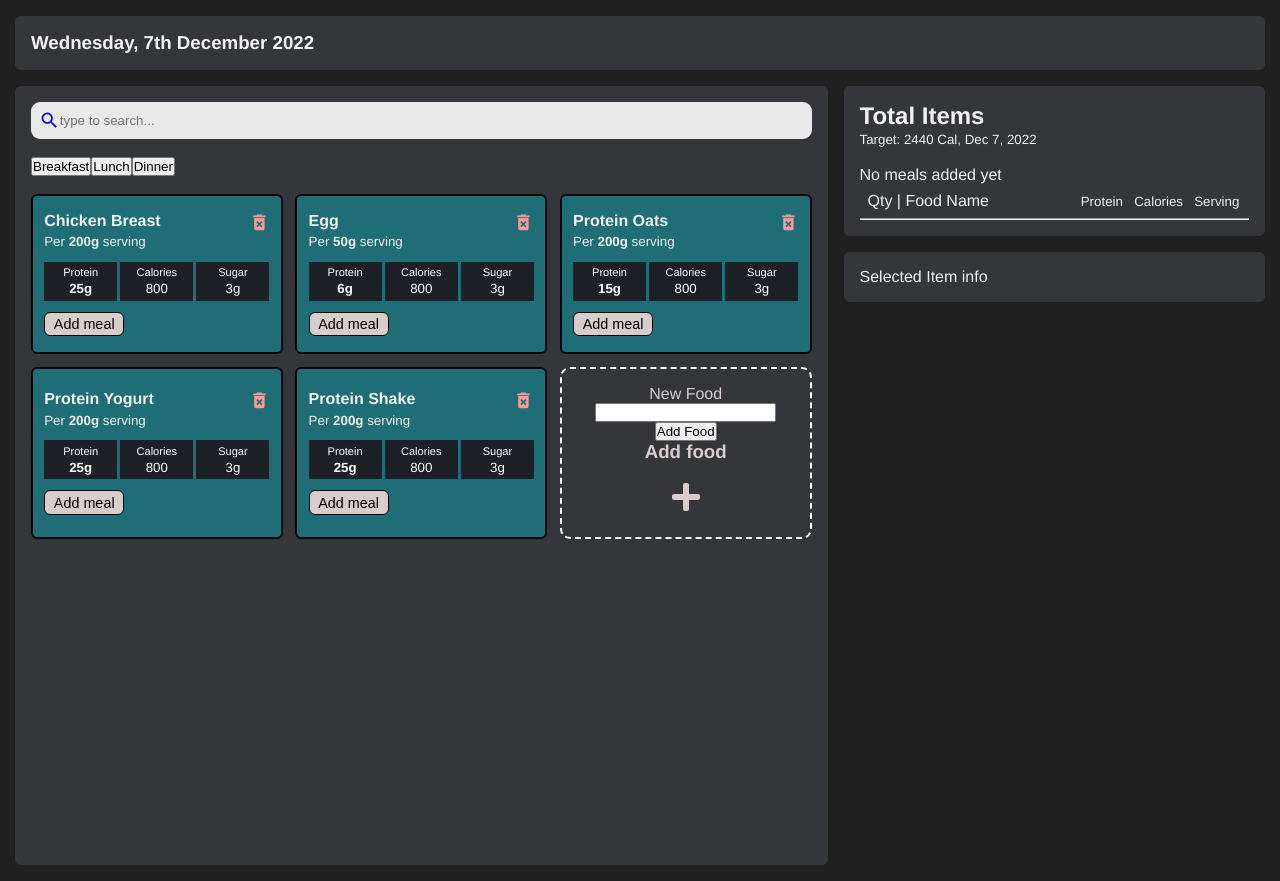
Repository: CEEPREL/NutritionTracker
Page: /
An editor plug-in stored every save of this project. The page is shown before and after the next save, followed by the edit.
The browser window is 1280 px wide. The pictures show the whole page.
The project was rebuilt for these pictures with package versions that can differ from the ones it lists, and the page was loaded fresh each time. Also part of the build but not shown: vite.config.js, src/components/Header.js.

Above is the page before, as saved 2022-12-15 18:55:52.

### public/index.html
<!DOCTYPE html>
<html lang="en">

<head>
  <meta charset="utf-8" />
  <link rel="icon" href="%PUBLIC_URL%/favicon.ico" />
  <meta name="viewport" content="width=device-width, initial-scale=1" />
  <meta name="theme-color" content="#000000" />
  <meta name="description" content="Web site created using create-react-app" />
  <link rel="apple-touch-icon" href="%PUBLIC_URL%/logo192.png" />
  <!--
      manifest.json provides metadata used when your web app is installed on a
      user's mobile device or desktop. See https://developers.google.com/web/fundamentals/web-app-manifest/
    -->
  <link rel="manifest" href="%PUBLIC_URL%/manifest.json" />
  <!--
      Notice the use of %PUBLIC_URL% in the tags above.
      It will be replaced with the URL of the `public` folder during the build.
      Only files inside the `public` folder can be referenced from the HTML.

      Unlike "/favicon.ico" or "favicon.ico", "%PUBLIC_URL%/favicon.ico" will
      work correctly both with client-side routing and a non-root public URL.
      Learn how to configure a non-root public URL by running `npm run build`.
    -->
  <title>React App</title>
  <!-- CSS only
  <link href="https://cdn.jsdelivr.net/npm/bootstrap@5.2.3/dist/css/bootstrap.min.css" rel="stylesheet"
    integrity="sha384-rbsA2VBKQhggwzxH7pPCaAqO46MgnOM80zW1RWuH61DGLwZJEdK2Kadq2F9CUG65" crossorigin="anonymous"> -->

</head>

<body>
  <noscript>You need to enable JavaScript to run this app.</noscript>
  <div id="root"></div>

  <!-- JavaScript Bundle with Popper -->
  <!-- <script src="https://cdn.jsdelivr.net/npm/bootstrap@5.2.3/dist/js/bootstrap.bundle.min.js"
    integrity="sha384-kenU1KFdBIe4zVF0s0G1M5b4hcpxyD9F7jL+jjXkk+Q2h455rYXK/7HAuoJl+0I4"
    crossorigin="anonymous"></script> -->

</body>

</html>

### src/App.js
/* eslint-disable jsx-a11y/img-redundant-alt */
import React, { useState, useEffect } from 'react';
import './App.css';
import './styles/searchFood.css';
import data from './data';
import CalculateNutrients from './components/CalculateNutrients';
import FoodList from './components/FoodList';
import Header from './components/Header';
import { nanoid } from 'nanoid';

function App() {
  const [foods, setFoods] = useState([
    {
      name: "Chicken Breast",
      size: "200g",
      protein: "25g",
      category: "lunch"
    }, {
      name: "Egg",
      size: "50g",
      protein: "6g",
      category: "breakfast"
    }, {
      name: "Protein Oats",
      size: "200g",
      protein: "15g",
      category: "breakfast"
    }, {
      name: "Protein Yogurt",
      size: "200g",
      protein: "25g",
      category: "breakfast"
    }, {
      name: "Protein Shake",
      size: "200ml",
      protein: "25g",
      category: "lunch"
    }
  ]);

  const { food_data } = data;
  const [mealItems, setMealItems] = useState([]); //totalNutrients is [] empty array
  const [newFoodItems, setNewFoodItems] = useState(food_data); //totalNutrients is [] empty array

  // Add an item from Food List using add meal btn to right column calculate nutirients tab
  const handleAddFoodItem = (name, serving, protein, calories, sugar,) => { //get a meal and add to mealItems
    console.log("in func")
    const food = {
      id: nanoid(),
      name: name,
      serving: serving,
      protein: protein,
      calories: calories,
      sugar:sugar,
      category: "lunch"
    }
    // food_data.push(food);
    setNewFoodItems([...newFoodItems, food]); //'
    console.log(newFoodItems)
  };
  const handleDeleteFoodItem = (id) => {
    const removeFoodItem = newFoodItems.filter((food) => food.id !== id);
    setNewFoodItems(removeFoodItem);

  }; //}

  // Add an item from Food List using add meal btn to right column calculate nutirients tab
  const onAdd = (meal) => { //get a meal and add to mealItems
    const exists = mealItems.find((x) => x.id === meal.id);

    if (exists) { //increase it by 1 qty
      const newMealItems = mealItems.map((x) =>
        x.id === meal.id ? { ...exists, qty: exists.qty + 1 } : x //if meal in calc is == to meal id else dont change qty
      );
      setMealItems(newMealItems);
      localStorage.setItem('mealItems', JSON.stringify(newMealItems));
      // console.log(mealItems);
    } else {
      const newMealItems = [...mealItems, { ...meal, qty: 1 }];
      setMealItems(newMealItems);
      localStorage.setItem('mealItems', JSON.stringify(newMealItems));
    }
  };

  // Remove an item from mealItems using minus meal btn inside right column calculate nutirients tab
  const onRemove = (meal) => {
    const exists = mealItems.find((x) => x.id === meal.id);

    if (exists.qty === 1) {
      const newMealItems = mealItems.filter((x) => x.id !== meal.id);
      setMealItems(newMealItems);
      localStorage.setItem('mealItems', JSON.stringify(newMealItems));
    } else {
      const newMealItems = mealItems.map((x) =>
        x.id === meal.id ? { ...exists, qty: exists.qty - 1 } : x
      );
      setMealItems(newMealItems);
      localStorage.setItem('mealItems', JSON.stringify(newMealItems));
    }
  };

  useEffect(() => {
    setMealItems(localStorage.getItem('mealItems') ? JSON.parse(localStorage.getItem('mealItems'))
      : []
    );
  }, []);
  // const exists = mealItems.find((x) => x.id === meal.id);
  // if (exists) {
  //   setMealItems(
  //     mealItems.map((x) =>
  //       x.id === meal.id ? { ...exists, qty: exists.qty + 1 } : x
  //     )
  //   );
  // } else {
  //   setMealItems(([...mealItems, { ...meal, qty: 1 }]));
  // }

  return (
    <div className="container">
      {/* <Header countMealItems={mealItems.length} /> */}

      <div className="wrapper-card">
        <h3>Wednesday, 7th December 2022</h3>
      </div>

      <div className="row">

        <div className="col-left">
          <div className="wrapper-card-food-list">
            <FoodList onAdd={onAdd} onRemove={onRemove} mealItems={mealItems} food_data={newFoodItems} handleAddFoodItem={handleAddFoodItem} handleDeleteFoodItem={handleDeleteFoodItem} />
          </div>
        </div>
        <div className="col-right">
          <div className="wrapper-card">
            <CalculateNutrients onAdd={onAdd} onRemove={onRemove} mealItems={mealItems} countMealItems={mealItems.length} />
          </div>

          <div className="wrapper-card">
            Selected Item info
          </div>
        </div>
      </div>
    </div>
  );
}

export default App;

//   const [foods, setFoods] = useState([
  //     {
  //         name: "Chicken Breast",
  //         size: "200g",
  //         protein: "25g",
  //         category: "lunch"
  //     }, {
  //         name: "Egg",
  //         size: "50g",
  //         protein: "6g",
  //         category: "breakfast"
  //     }, {
  //         name: "Protein Oats",
  //         size: "200g",
  //         protein: "15g",
  //         category: "breakfast"
  //     }, {
  //         name: "Protein Yogurt",
  //         size: "200g",
  //         protein: "25g",
  //         category: "breakfast"
  //     }, {
  //         name: "Protein Shake",
  //         size: "200ml",
  //         protein: "25g",
  //         category: "lunch"
  //     }
  //  ]);

### src/App.css
* {
  margin: 0;
  padding: 0;
  box-sizing: border-box;
}

code {
  font-family: source-code-pro, Menlo, Monaco, Consolas, 'Courier New',
    monospace;
}

body {
  font-family: 'Helvetica', BlinkMacSystemFont, 'Segoe UI', 'Roboto', 'Oxygen',
    'Ubuntu', 'Cantarell', 'Fira Sans', 'Droid Sans', 'Helvetica Neue',
    sans-serif;
  -webkit-font-smoothing: antialiased;
  -moz-osx-font-smoothing: grayscale;
  background: #202020;
  color: #F2F2F2;
}

.container {
  max-width: 1500px;
  justify-content: center;
  align-items: center;
  margin-left: auto;
  margin-right: auto;
  margin-top: 1rem;
  padding-right: 15px;
  padding-left: 15px;
  min-height: 100vh;
}

.header {
  padding: 1rem;
  background-color:  #323232;
  display: flex;
  flex-direction: column;
  align-items: center;
  justify-content: center;
  margin-bottom: 1rem;
  border-radius: 6px;
}

.col-left{
  float: left;
  width: 65%;
}

.col-right{
  float: left;
  width: 35%;
  padding-left: 1rem;
}

.mealItems {
  background-color: #35363a;
  border-radius: 6px;
  display: flex;
  flex-direction: column;
}
.wrapper-card {
  background-color: #35363a;
  padding: 1rem;
  border-radius: 6px;
  margin-bottom: 1rem;

}
.wrapper-card-food-list {
  height:48.7rem;
  overflow:scroll;
  overflow-x:hidden;
  background-color: #35363a;
  padding: 1rem;
  border-radius: 6px;
  margin-bottom: 1rem;

}
/* height:800px;
  overflow:scroll;
  overflow-x:hidden; */
.foodList {
  /* display: flex;
  flex-wrap: wrap;
  gap:0.5rem; */

  display: grid;
  grid-gap: 0.8rem;
  grid-template-columns: repeat(auto-fill, minmax(195px, 1fr));

}

.food-card {
  min-height:10rem;
  min-width:11rem;

  border-radius: 6px;
  background-color: #1f6e77;
  border: 2px solid rgb(4, 7, 12);
  padding-top: 0.7rem;
  padding-bottom: 0.7rem;
  padding-left: 0.7rem;
  padding-right: 0.7rem;

  display: flex;
  flex-direction: column;
  align-items: left;
  justify-content: center;
}
.food-card:hover {
  background-color: #2e828c;
}
.food-nutrients {
  /* place nutrient info cards in flex box, last element will expand to fill page */
  display: flex;
  flex-wrap: wrap;
  gap: 0.2rem;
  padding-top: 0.7rem;
  padding-bottom: 0.7rem;
  color:rgb(249, 152, 152);

     /* place nutrient info cards grid */
   /* display: grid;
  grid-template-columns: repeat(auto-fill, minmax(3rem, 1fr));
  gap:0.1rem;
  flex-direction: row; */
}
.food-nutrients p {
  display: flex;
  flex-direction: column;
  align-items: center;
  justify-content: center;
  font-size:0.83rem;
  gap:0.15rem;
  color: rgb(255, 255, 255);
  padding-left: 0.1rem;
  padding-right: 0.1rem;
  padding-top: 0.3rem;
  padding-bottom: 0.3rem;

  background-color:#1d2127;

  flex: 1;
}
.total-food-nutrients {


  min-width:10rem;
  min-height:3rem;
  /* place nutrient info cards in flex box, last element will expand to fill page */
  display: flex;
  flex-wrap: wrap;
  flex:1;
  gap: 0.3rem;

   /* place nutrient info cards grid */

   /* display: grid;
  grid-template-columns: repeat(auto-fill, minmax(3rem, 1fr));
  gap:0.1rem;
  flex-direction: row; */
}
.total-food-nutrients p {
  display: flex;
  flex-direction: column;
  align-items: center;
  justify-content: center;
  font-size:0.83rem;
  gap:0.3rem;
  color: rgb(255, 255, 255);
  padding-left: 0.1rem;
  padding-right: 0.1rem;
  padding-top: 0.3rem;
  padding-bottom: 0.3rem;
  margin-bottom: 0.25rem;

  background-color:#1f6e77;

  flex: 1;
}
.delete-icon {
  cursor: pointer;
}
.food-nutrients-cal {
  /* place nutrient info cards in flex box, last element will expand to fill page */
  /* display: flex;
  justify-content: space-between;
  flex-wrap: wrap;
  flex:1; */

   /* place nutrient info cards grid */
  display: grid;
  grid-template-columns: repeat(auto-fill, minmax(3rem, 1fr));
  gap:0.3rem;

}
.food-nutrients-cal p {
  display: flex;
  flex-direction: column;
  align-items: center;
  min-width: 3.5rem;
  font-size:0.83rem;
  gap:0.15rem;
  color: rgb(255, 255, 255);
  padding-left: 0.3rem;
  padding-right: 0.3rem;
  padding-top: 0.5rem;
  padding-bottom: 0.5rem;
  border-radius: 0px;

  background-color:#1d2127;

  flex: 1;
}

.add-btn {
  font-size: 0.9rem;
  padding: 0.2rem;
  width: 5rem;
  flex: 1;
  display: flex;
  justify-content:center;
  align-items: center;
  border-radius: 6px;
  border: 1px solid black;
  background-color: rgb(215, 205, 205);
  float: center;
}
.food-add {
  background-color: #40c0f0;
  width: 1.5rem;
  cursor:pointer;
}
.food-add:hover{
  background-color: #2ba9d6;
}
.food-remove {
  background-color: #f04f40;
  width: 1.5rem;
  cursor:pointer;
  font-size: 1rem;
}
.food-remove:hover {
  background-color: #d44032;
}

.add-btn:hover {
  background-color: rgb(253, 245, 245);
  cursor:pointer;
}

.new-card {
  min-height:140px;
  min-width:  8rem;
  border-radius: 10px;
  border: 2px dashed rgb(255, 255, 255);
  padding: 1rem;
  color: rgb(215, 205, 205);
  display: flex;
  flex-direction: column;
  align-items: center;
  justify-content: center;
  flex: 1;
  cursor: pointer;
}

.new-card:hover {
  min-height:140px;
  min-width:  8rem;
  border-radius: 10px;
  border: 2px solid #1f6e77;
  padding: 1rem;
  background-color: rgb(45, 42, 42);
  color: rgb(253, 245, 245);
  display: flex;
  flex-direction: column;
  align-items: center;
  justify-content: center;
  flex: 1;
  cursor: pointer;
}

.nutrient-totals {
  display: flex;
  flex-wrap: wrap;
  gap:15px;
}
.nutrient-totals p {
  color: red;
  padding: 0.5rem;
  background-color:#323232;
  box-shadow: 1px 1px 5px #121212;
  border-radius: 6px;
  border: 2px dashed rgb(255, 255,);
  margin-bottom: 0.1rem;
}

.button.badge {
  background-color: #b05252;
  border:none;
  color:white;
  width: 1.5rem;
}

.totals-row {
    display: flex;
    padding:0.2rem;
    flex-wrap: no-wrap;
    justify-content: space-between;
    border-radius:6px;
    gap:0.1rem;
    /* margin-bottom: 1px;; */
}
.totals-bg {
  background-color: rgb(47, 48, 51);
  padding: 0.3rem;
  border-radius: 6px;
}
.totals-col-3 {
  flex-basis: 55%;
  padding:0.3rem;
}
.totals-col-2 {
  flex-basis: 40%;
  padding:0.3rem;
}
.totals-col-1 {
  flex-basis: 15%;
  padding:0.3rem;
}
.totals-btns {
  display: flex;
  padding:0.2rem;
  gap:0.2rem;
}
.totals-title{
  display: flex;
    padding:0.2rem;
    flex-wrap: no-wrap;
    justify-content: space-between;
    gap:0.1rem;
}
@media screen and (max-width: 1100px) {
  .col-left, .col-right {
    width: 100%;
    padding: 0;
  }
}


/* Clear floats after the columns
.row:after {
  content: "";
  display: table;
  clear: both;
} */

### src/styles/searchFood.css
.searchFood {
    padding: 0.5rem;
    background-color:  #323232;
    display: flex;
    align-items: center;
    background-color: rgb(233,233,233);
    border-radius: 9px;

  }
  .searchFood input {
    border: none;
    background-color: rgb(233,233,233);

  }

  .searchFood input:focus {
    outline: none;
  }

### src/data.js
import { nanoid } from "nanoid";
const data = {
    food_data: [
        {
            id: nanoid(),
            name: "Chicken Breast",
            serving: 200,
            calories: 500,
            protein: 25,
            category: "lunch",
            sugar: 4,
            image: 'https://picsum.photos/id/190/2400/1600/'
        }, {
            id: nanoid(),
            name: "Egg",
            calories: 500,
            serving: 50,
            protein: 6,
            sugar: 4,
            category: "breakfast",
            image: 'https://picsum.photos/id/170/2400/1600/'
        }, {
            id: nanoid(),
            name: "Protein Oats",
            calories: 500,
            serving: 200,
            protein: 15,
            sugar: 4,
            category: "breakfast",
            image: 'https://picsum.photos/id/180/2400/1600/'
        }, {
            id: nanoid(),
            name: "Protein Yogurt",
            calories: 500,
            serving: 200,
            protein: 25,
            sugar: 4,
            category: "breakfast",
            image: 'https://picsum.photos/id/170/2400/1600/'
        }, {
            id: nanoid(),
            name: "Protein Shake",
            calories: 500,
            serving: 200,
            protein: 25,
            sugar: 4,
            category: "lunch",
            image: 'https://picsum.photos/id/130/2400/1600/'
        }
    ],
};

export default data;

### src/components/FoodList.js
import { FaPlus } from 'react-icons/fa';
import AddFood from './AddFood';
import Food from './Food';
import SearchFood from './SearchFood';

export default function FoodList({  food_data, mealItems, onAdd, onRemove, handleAddFoodItem, handleDeleteFoodItem }) {
    return (
        <>
            <SearchFood />
            <br></br>
            <div>
                <button>Breakfast</button>
                <button>Lunch</button>
                <button>Dinner</button>
            </div>
            <br></br>
            <div className="foodList">
                {food_data.map((food) =>
                    <Food
                        key={food.id}
                        food={food}
                        item={mealItems.find((x) => x.id === food.id)}
                        onAdd={onAdd}
                        onRemove={onRemove}
                        handleDeleteFoodItem={handleDeleteFoodItem}
                    />
                )}
                <div className="new-card">
                    <AddFood
                        handleAddFoodItem={handleAddFoodItem} />
                </div>
            </div>
        </>
    )
}

{/*
                <Food name="Salad" serving="300g" protein="4g" />
                <Food name="Chicken" serving="500g" protein="21g" />
                <Food name="Peanut Butter" serving="30g" protein="6g" />
                <Food name="Peanut Butter" serving="30g" protein="6g" />
                <Food name="Peanut Butter" serving="30g" protein="6g" />
                <Food />
                */}

### src/components/SearchFood.js
import React from 'react'
import { MdSearch } from 'react-icons/md'

function SearchFood() {
    return (
        <div className="searchFood">
            <MdSearch className="search-icons" size="1.3em" color="blue"/>
            <input
                // onChange={(event) => handleSearchNote(event.target.value)}
                type="text"
                placeholder="type to search...">

            </input>
        </div>
    )
}

export default SearchFood

### src/components/AddFood.js
import React, { useState } from 'react'
import { FaPlus } from 'react-icons/fa';

function AddFood({ handleAddFoodItem }) {
  const [name, setName] = useState("")
  const handleSubmit = (e) => {
    e.preventDefault()
    handleAddFoodItem(name)
    setName("")
  }

  return (
    <div style={{ textAlign: 'center' }}>
      <form onSubmit={handleSubmit}>
        <label htmlFor="text">New Food</label>
        <input
          type="text"
          id="text"
          value={name}
          onChange={(e) => setName(e.target.value)}
        />
        <button type="submit" onClick={handleSubmit}>Add Food</button>
      </form>
      <h3>Add food </h3>
      <br></br>
      <h1><FaPlus /></h1>
    </div>
  )
}

export default AddFood

### src/components/Food.js
import React from 'react'
import { MdDeleteForever } from 'react-icons/md';

export default function Food({ handleDeleteFoodItem, item, food, onAdd, onRemove }) {
    return (
        <div className="food-card">
            <div className="food-name">
                <div style={{ display: 'flex',justifyContent: 'space-between'}}>
                    <h4 ><strong>{food.name}</strong></h4>

                    <MdDeleteForever
                        onClick={() => handleDeleteFoodItem(food.id)}
                        className="delete-icon"
                        size="1.3em"
                        color="rgb(249, 152, 152)"
                        />
                </div>
                <p><small>Per <b>{food.serving}g </b>serving </small></p>
            </div>

            {/* <img className="small" src={food.image} alt={food.name}></img> */}

            <div className="food-nutrients">

                <p><small>Protein</small> <b>{food.protein}g</b>  </p>
                <p><small>Calories</small> 800</p>
                <p><small>Sugar</small> 3g</p>

            </div>
            <div>
                {item ? (
                    <div>
                        <button onClick={() => onRemove(item)} className="food-remove">
                            -
                        </button>

                        &nbsp;&nbsp;
                        <span>{item.qty}</span>
                        &nbsp;&nbsp;

                        <button onClick={() => onAdd(item)} className="food-add">
                            +
                        </button>
                    </div>
                ) : (

                    <button onClick={() => onAdd(food)} className="add-btn">Add meal</button>
                )}
            </div>
        </div>
    )
}

Food.defaultProps = {
    name: "Enter Food",
    serving: "0g",
    protein: "0g"
}

Loaded but not shown: src/index.js (common file); src/components/CalculateNutrients.js (167 lines, source omitted)

After the next save:
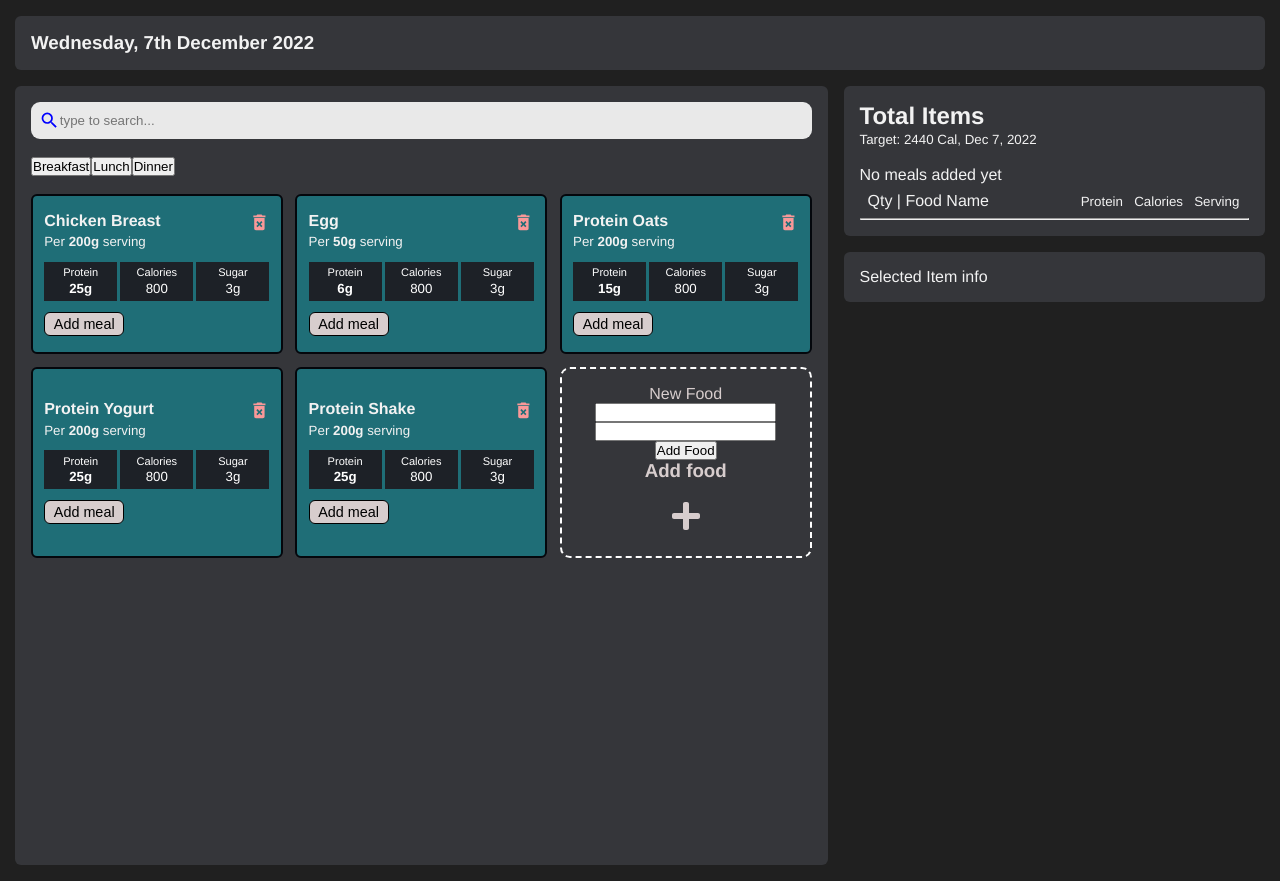
Saved 63 s later.
--- a/src/components/AddFood.js
+++ b/src/components/AddFood.js
@@ -19,6 +19,12 @@ function AddFood({ handleAddFoodItem }) {
           value={name}
           onChange={(e) => setName(e.target.value)}
         />
+        <input
+          type="text"
+          id="text"
+          value={name}
+          onChange={(e) => setName(e.target.value)}
+        />
         <button type="submit" onClick={handleSubmit}>Add Food</button>
       </form>
       <h3>Add food </h3>
